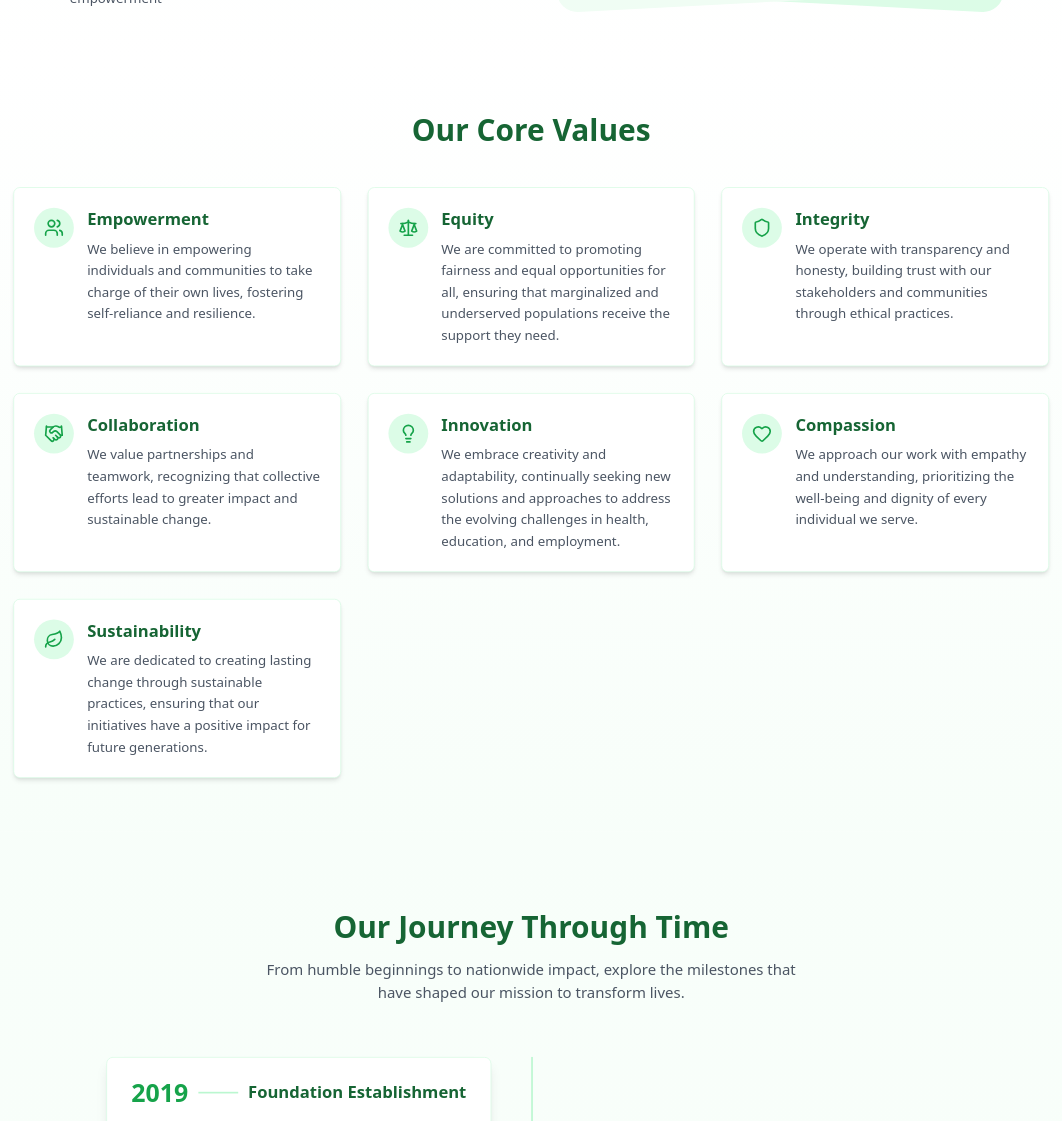
Repository: rajukumar2003/chandra-foundation
Page: /aboutus
An editor plug-in stored every save of this project. The page is shown before and after the next save, followed by the edit.
The browser window is 1280 px wide. The pictures show the part of the page from y = 2245 to 3595 px (the page is 7671 px tall before and 7651 px after), at 83% of full size.
Pictures or frames that could not be fetched are drawn as grey boxes. The project was rebuilt for these pictures with package versions that can differ from the ones it lists, and the page was loaded fresh each time. The framework's server and built-in components were replaced by stand-ins that run in the browser. Also part of the build but not shown: next.config.ts.

Above is the page before, as saved 2025-01-30 21:09:41.

After the next save:
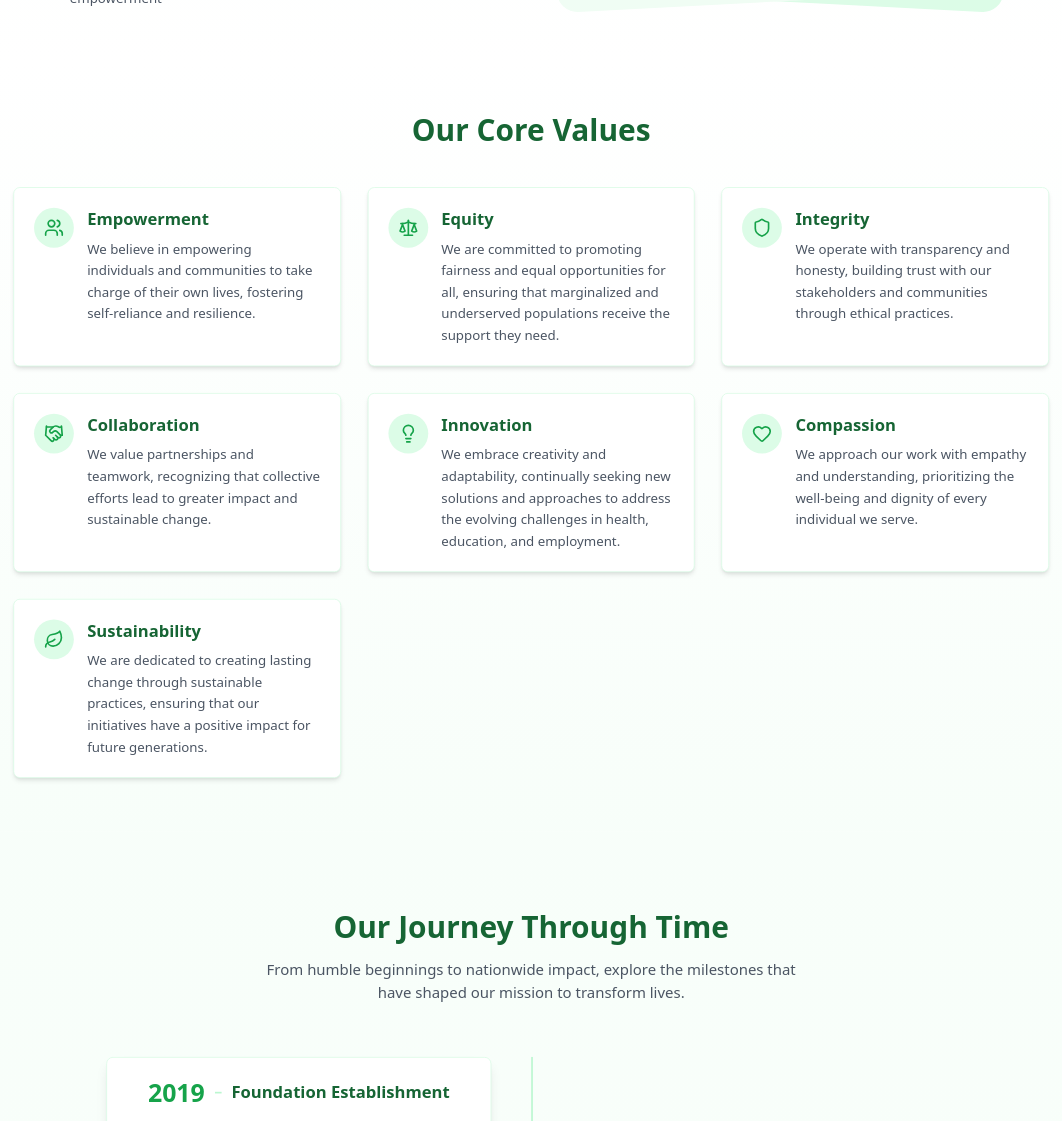
Saved 9 s later.
--- a/app/components/HistorySection.tsx
+++ b/app/components/HistorySection.tsx
@@ -107,7 +107,7 @@ export default function HistorySection() {
                 <div className="bg-white rounded-lg p-6 shadow-lg hover:shadow-xl transition-all duration-300 border border-green-100">
                   <div className="flex items-center justify-center mb-4">
                     <span className="text-3xl font-bold text-green-600">{event.year}</span>
-                    <div className="w-12 h-0.5 bg-green-200 mx-3" />
+                    <div className="w-2 h-0.5 bg-green-200 mx-3" />
                     <h3 className="text-xl font-semibold text-green-800">{event.title}</h3>
                   </div>
 
